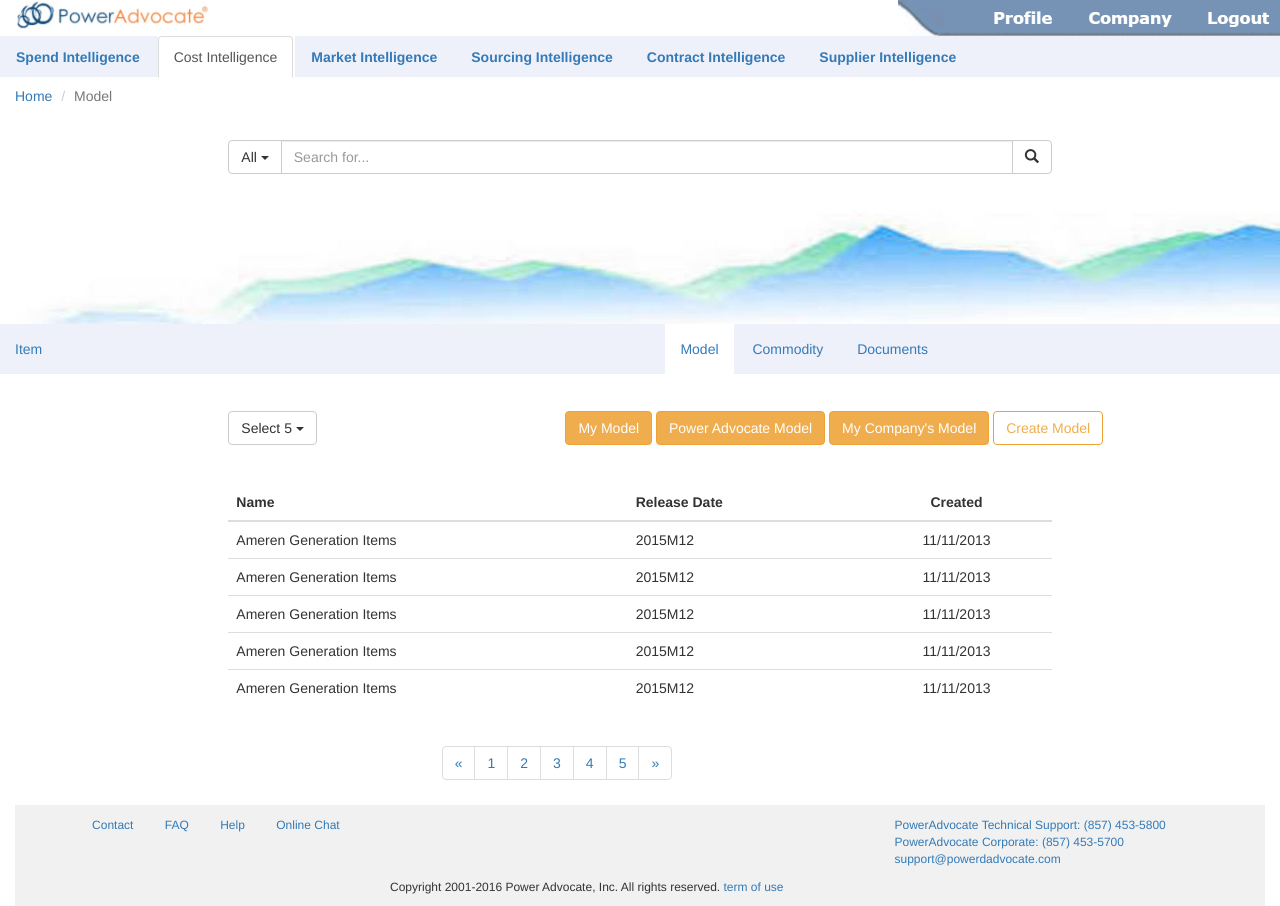
Repository: SamiraMansouri/PowerAdvocate-CostIntelligence-Application-new-Design-using-UserExperience-Method-
Page: http://localhost/PowerAdvocate/WEB-INF/views/home.jsp
These files come from the project's save history. The page is drawn as it stood at one moment and after the next save; the edit follows.
The browser window is 1280 px wide. The pictures show the whole page.
The page is served by Tomcat 9. Nobody is signed in. Other server files are loaded and not shown. The template is opened directly, without the code that normally fills it, so the values that code supplies are empty.

Above is the page before, as saved 2016-04-25 01:29:44.

### PowerAdvocate-Prototype/PowerAdvocate/src/main/webapp/WEB-INF/views/home.jsp
<!DOCTYPE html>
<html lang="en">
<head>
<title>Model</title>
<meta charset="utf-8">
<meta name="viewport" content="width=device-width, initial-scale=1">
<link rel="stylesheet"
	href="http://maxcdn.bootstrapcdn.com/bootstrap/3.3.6/css/bootstrap.min.css">
<script
	src="https://ajax.googleapis.com/ajax/libs/jquery/1.12.0/jquery.min.js"></script>
<script
	src="http://maxcdn.bootstrapcdn.com/bootstrap/3.3.6/js/bootstrap.min.js"></script>
</head>
<style>
.nav .navbar-nav>li>a:hover, .navbar-default .navbar-nav>li>a:focus {
	color: #ffff; /*Sets the text hover color on navbar*/
}

.nav .nav-tabs>.active>a, .nav .nav-tabs>.active>a:hover, .nav .nav-tabs>.active>a:focus
	{
	color: black; /*BACKGROUND color for active*/
	background-color: red;
}

.nav {
	background-color: #eff1fa;
	border-color: white;
}

.nav>li>a:hover, .nav>li>a:focus {
	text-decoration: none;
	background-color: silver; /*Change rollover cell color here*/
}

.navbar-default .navbar-nav>li>a {
	color: white; /*Change active text color here*/
}

.top-buffer {
	margin-top: 3%;
}

.nav .nav-tabs {
	display: inline-block;
	float: none;
	vertical-align: top;
}

.nav .navbar-collapse {
	text-align: center;
}

#bs-example-navbar-collapse-1 {
	padding: 0;
}

lineblue {
	border-bottom: 5pt solid black;
}

.navbar-nav {
	width: 100%;
	text-align: center; > li { float : none;
	display: inline-block;
}

}
.active {
	background-color: #fff;
}

.btn-warning.btn-outline {
	color: #f0ad4e;
}

.btn-warning.btn-outline:hover {
	color: #fff;
}

.btn-outline {
	background-color: transparent;
	color: inherit;
	transition: all .5s;
}

.footer {
	background-color: #F1F1F1;
	padding-top: 1%;
	font-size: 12px;
}

#col1 li {
	display: inline;
	text-decoration: none;
	padding-left: 5%;
}

#col1 ul {
	padding-left: 0;
}

#col2 li {
	text-decoration: none;
	padding-left: 35%;
	list-style-type: none;
}
.image
{
padding-right:0;

}
</style>
<body>

	<div class="container-fluid">
		<div class="row">
			<div class="col-md-4 ">
				<img src="resources/img/pa.png" alt="logo"
					style="width: 50%; height: 30%;">
			</div>
			<div class="col-md-8 image">
				<span class="pull-right "> <img src="resources/img/menu.png"
					class="pull-right " alt="logo" style="width: 60%; height: 30%;">
				</span>
			</div>
		</div>

		<!--end of row-->
		<div class="row">
			<ul class="nav nav-tabs">
				<li role="presentation"><a href="#"><b>Spend
							Intelligence</b></a></li>
				<li role="presentation" class="active"><a href="#">Cost
						Intelligence</a></li>
				<li role="presentation"><a href="#"><b>Market
							Intelligence</b></a></li>
				<li role="presentation"><a href="#"><b>Sourcing
							Intelligence</b></a></li>
				<li role="presentation"><a href="#"><b>Contract
							Intelligence</b></a></li>
				<li role="presentation"><a href="#"><b>Supplier
							Intelligence</b></a></li>
			</ul>
		</div>
		<!--end of row-->

		<div class="row">
			<ol class="breadcrumb"
				style="margin-bottom: 2%; background-color: #fff;">
				<li><a href="#">Home</a></li>
				<li class="active">Model</li>
			</ol>
		</div>
		<!-- bread crumb -->

		<div class="row">
			<div class="col-lg-2"></div>
			<div class="col-lg-8">
				<div class="input-group">
					<div class="input-group-btn">
						<button type="button" class="btn btn-default dropdown-toggle"
							data-toggle="dropdown" aria-haspopup="true" aria-expanded="false">
							All <span class="caret"></span>
						</button>
						<ul class="dropdown-menu">
							<li><a href="#">All</a></li>
							<li role="separator" class="divider"></li>
							<li><a href="#">Model</a></li>
							<li><a href="#">Item</a></li>
							<li><a href="#">Commodity</a></li>
						</ul>
					</div>
					<!-- btn-group -->

					<input type="text" class="form-control" placeholder="Search for..." />
					<span class="input-group-btn">
						<button class="btn btn-default" type="button">
							<span class="glyphicon glyphicon-search" aria-hidden="true"></span>
						</button>
					</span>
				</div>
				<!-- /input-group -->
			</div>
			<!-- lg-8 -->
			<div class="col-lg-2"></div>
		</div>
		<!-- /row -->

		<div class="row">
			<div class="col-md-12 image">
				<img  src="resources/img/a.jpeg" alt="logo"
					style="width: 100%; height: 150px;">
			</div>
		</div>
		<!-- row -->

		<div class="row">
			<div class=" collapse navbar-collapse "
				id="bs-example-navbar-collapse-1">
				<ul class="nav navbar-nav">
				<li><a href="#"></a></li>
				<li><a href="#"></a></li>
				<li><a href="#"></a></li>
				<li><a href="#"></a></li>
				<li><a href="#"></a></li>
				<li><a href="#"></a></li>
				<li><a href="#"></a></li>
				<li><a href="#"></a></li>
					<li class="active"><a href="#">Model</a></li>
					<li class="pull-left"><a href="/prototype/Item">Item</a></li>
					<li><a href="/prototype/Commodity">Commodity</a></li>
					<li><a href="/prototype/Documents">Documents</a></li>
				</ul>
			</div>
			<!-- /.navbar-collapse -->
		</div>

		<div class="row top-buffer ">
			<div class="col-md-2"></div>
			<div class="col-md-2">

				<div class="dropdown pull-left ">
					<button class="btn btn-default dropdown-toggle" type="button"
						id="dropdownMenu2" data-toggle="dropdown" aria-haspopup="true"
						aria-expanded="false">
						Select 5 <span class="caret"></span>
					</button>
					<ul class="dropdown-menu" aria-labelledby="dropdownMenu2">
						<li><a href="#">Select 5</a></li>
						<li><a href="#">Select 10</a></li>
						<li><a href="#">Select 50</a></li>
						<li><a href="#">Select 100</a></li>
					</ul>
				</div>
			</div>
			<div class="col-md-6 pull-right" style="margin-right:7%">
				<button type="Button" class="btn btn-warning">My Model</button>
				<button type="Button" class="btn btn-warning">Power
					Advocate Model</button>
				<button type="Button" class="btn btn-warning">My Company's
					Model</button>
				<a class="btn btn-warning btn-outline ">Create Model</a>
			</div>
<div class="col-md-2"></div>
		</div>



	<div class="row top-buffer x">
		<div class="col-sm-2"></div>
		<div class="col-sm-8">
			<table class="table table-hover">
				<thead>
					<tr>
						<th>Name</th>
						<th >Release Date</th>
						<th style="text-align:center;">Created</th>
					</tr>
				</thead>
				<tbody>
					<tr>
						<td>Ameren Generation Items</td>
						<td>2015M12</td>
						<td style="text-align:center;">11/11/2013</td>
					</tr>
					<tr>
						<td>Ameren Generation Items</td>
						<td>2015M12</td>
						<td style="text-align:center;">11/11/2013</td>
					</tr>
					<tr>
						<td>Ameren Generation Items</td>
						<td>2015M12</td>
						<td style="text-align:center;">11/11/2013</td>
					</tr>
					<tr>
						<td>Ameren Generation Items</td>
						<td>2015M12</td>
						<td style="text-align:center;">11/11/2013</td>
					</tr>
					<tr>
						<td>Ameren Generation Items</td>
						<td>2015M12</td>
						<td style="text-align:center;">11/11/2013</td>
					</tr>
				</tbody>
			</table>
		</div>
		<div class="col-md-2"></div>
	</div>

	<!--  -->
	<div class="row">
		<div class="col-md-2"></div>
		<div class="col-md-2"></div>
		<div class="col-md-8 ">
			<nav>
				<ul class="pagination">
					<li><a href="#" aria-label="Previous"> <span
							aria-hidden="true">&laquo;</span>
					</a></li>
					<li><a href="#">1</a></li>
					<li><a href="#">2</a></li>
					<li><a href="#">3</a></li>
					<li><a href="#">4</a></li>
					<li><a href="#">5</a></li>
					<li><a href="#" aria-label="Next"> <span
							aria-hidden="true">&raquo;</span>
					</a></li>
				</ul>
			</nav>
		</div>
	</div>
	<!--pagination-->
	<!--footer-->
	<div class="footer">
		<div class="row ">
			<div class="col-md-6" id="col1" style="padding-left: 5%;">
				<ul>
					<li><a src="#"> Contact</a></li>
					<li><a src="#"> FAQ </a></li>
					<li><a src="#"> Help</a></li>
					<li><a src="#"> Online Chat</a></li>
				</ul>
			</div>

			<div class="col-md-6" id="col2">
				<ul>
					<li><a src="#"> PowerAdvocate Technical Support: (857)
							453-5800</a></li>
					<li><a src="#"> PowerAdvocate Corporate: (857) 453-5700 </a></li>
					<li><a src="#"> support@powerdadvocate.com</a></li>
				</ul>
			</div>
		</div>
		<div class="row">
			<div class="col-md-12">
				<p style="padding-left: 30%;">
					Copyright 2001-2016 Power Advocate, Inc. All rights reserved.<a
						src="#"> term of use </a>
				</p>
			</div>
		</div>
	</div>
	<!-- end of footer-->


	</div>
</body>
</html>

After the next save:
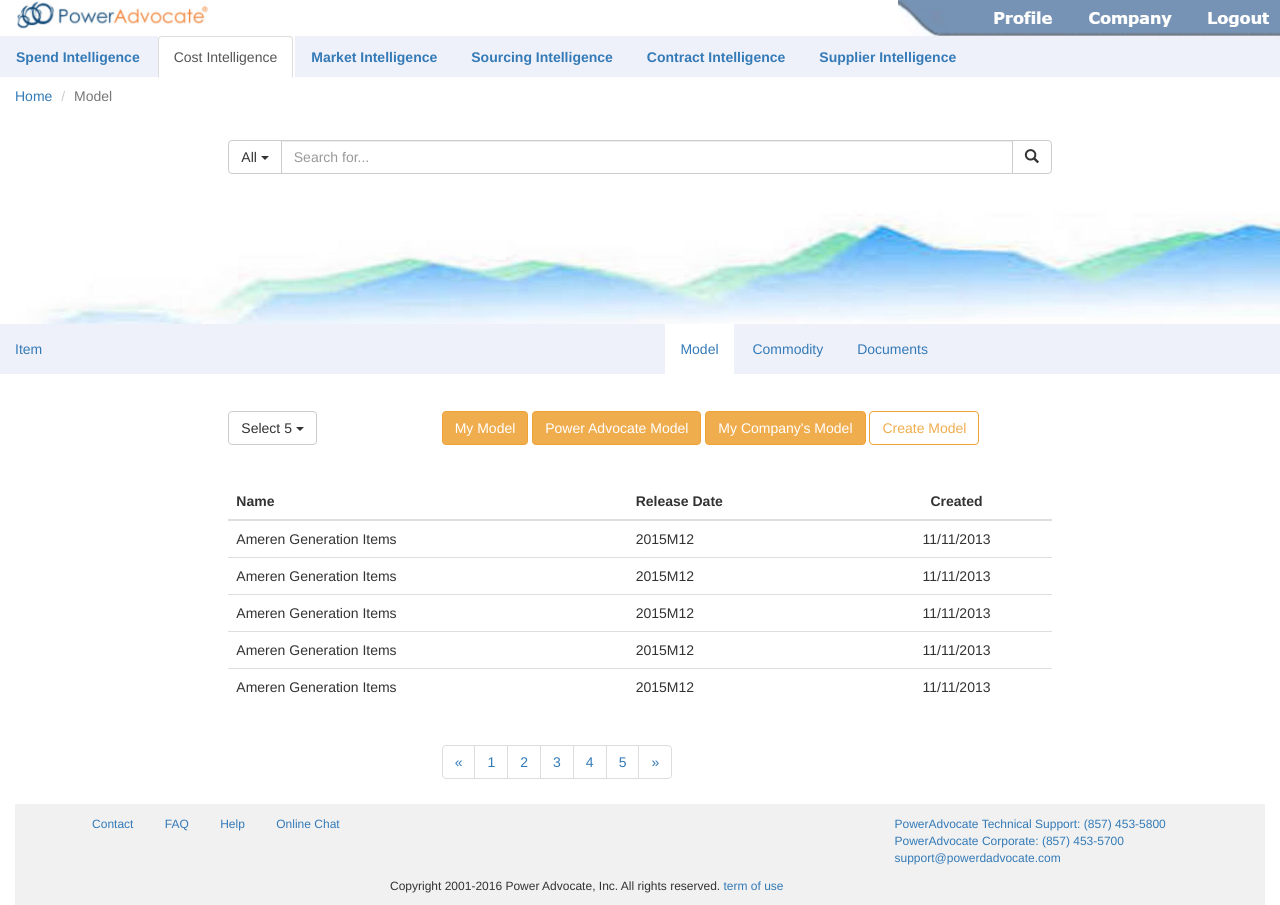
Saved 39 s later.
--- a/PowerAdvocate-Prototype/PowerAdvocate/src/main/webapp/WEB-INF/views/home.jsp
+++ b/PowerAdvocate-Prototype/PowerAdvocate/src/main/webapp/WEB-INF/views/home.jsp
@@ -233,7 +233,7 @@
 					</ul>
 				</div>
 			</div>
-			<div class="col-md-6 pull-right" style="margin-right:7%">
+			<div class="col-md-6 ">
 				<button type="Button" class="btn btn-warning">My Model</button>
 				<button type="Button" class="btn btn-warning">Power
 					Advocate Model</button>
